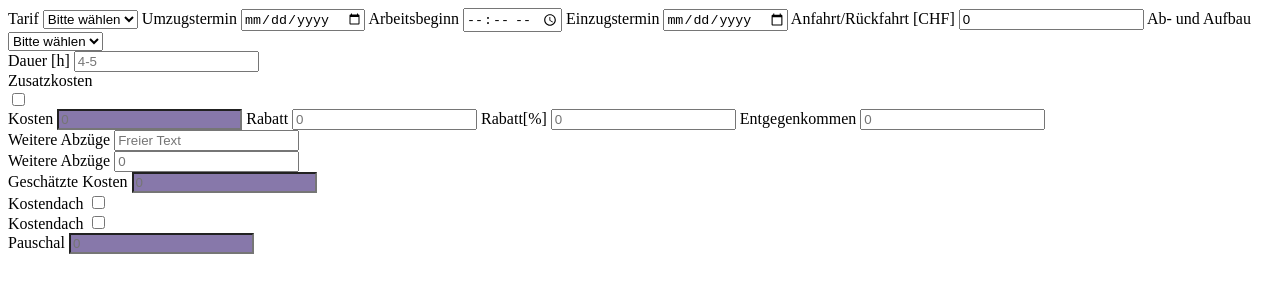
Repository: oguzhansade/SwissTransport
Page: resources/views/front/offer/offerUmzug2.blade.php
The author's editor kept a copy of each file at every save. The page is drawn from the files as they stood at one save, then again after the next save.
The browser window is 1280 px wide. The pictures show the whole page.
The page is served by the project's Laravel application, run on PHP 8.4 with Laravel 9. Other server files are loaded and not shown. The template is opened directly, without the code that normally fills it, so the values that code supplies are empty.

Above is the page before, as saved 2023-02-04 14:27:32.

### resources/views/front/offer/offerUmzug2.blade.php
<div class="row p-3">
    <div class="col-md-6">
        <label class=" col-form-label" for="l0">Tarif</label>
        <select class="form-control" class="umzugTariff2" name="umzugTariff" id="umzugTariff" >
            <option data-selection="bos" value>Bitte wählen</option>
            @foreach (\App\Models\Tariff::getList(1) as $key=>$value )
                <option data-selection="0" data-ma="{{ $value['ma'] }}" data-lkw="{{ $value['lkw'] }}" data-an="{{ $value['anhanger'] }}" data-chf ="{{ $value['chf'] }}" value="{{ $value['id'] }}">{{ $value['description'] }}</option>
            @endforeach
        </select>

        <div class="row umzug--tariffs--area umzug-tarif-area" style="display: none;">
            <div class="col">
                <label class=" col-form-label" for="l0">MA</label>
                <input class="form-control"  name="umzug1ma" placeholder="0"  type="number" >
            </div>
            <div class="col">
                <label class=" col-form-label" for="l0">LKW</label>
                <input class="form-control"  name="umzug1lkw" placeholder="0"  type="number" >
            </div>
            <div class="col">
                <label class=" col-form-label" for="l0">Anhänger</label>
                <input class="form-control"  name="umzug1anhanger" placeholder="0"  type="number" >
            </div>
            <div class="col">
                <label class=" col-form-label" for="l0">CHF-Ansatz</label>
                <input class="form-control" id="umzug1chf"  name="umzug1chf" placeholder="0"  type="number" value="0">
            </div>
        </div>

        <label class=" col-form-label" for="l0">Umzugstermin</label>
        <input class="form-control" class="date"  name="umzugausdate"  type="date" >

        <label class=" col-form-label" for="l0">Arbeitsbeginn</label>
        <input class="form-control" class="time"  name="umzug1time"  type="time" >

        <label class=" col-form-label" for="l0">Einzugstermin</label>
        <input class="form-control" class="date"  name="umzugeindate"  type="date" >

        <label class=" col-form-label" for="l0">Anfahrt/Rückfahrt [CHF]</label>
        <input class="form-control" class="date"  name="umzugroadChf"  type="number" value="0">

        <label class=" col-form-label" for="l0">Ab- und Aufbau</label>
        <select class="form-control" class="umzugMontaj" name="umzugMontaj" id="umzugMontaj" >
            <option value="1">Bitte wählen</option>
            <option value="2">Kunde</option>
            <option value="3">Firma</option>
        </select>
    </div>
    <div class="col-md-6">
        <label class="col-form-label" for="l0">Dauer [h]</label>
        <input class="form-control"  name="umzugHours" placeholder="4-5"  type="text" >

        <div class="extra-cost mt-1">
            <label for="" class="col-form-label">Zusatzkosten</label><br>
            <input type="checkbox" name="isExtra" id="isExtra" class="js-switch " data-color="#9c27b0" data-switchery="false" >
        </div>

        <div class="extra--cost--area" style="display: none;">

            <div class="form-group">
                <div class="row">
                    <div class="col-md-7">
                        <div class="checkbox checkbox-rounded checkbox-color-scheme">
                            <label class="checkbox">
                                <input type="checkbox" name="masraf"> <span class="label-text text-dark"><strong>Spesen</strong></span>
                            </label>
                        </div>
                    </div>
                    <div class="col-md-5">
                        <input class="form-control" name="extra1" type="number" value="10">
                    </div>
                </div>

                <div class="row">
                    <div class="col-md-7">
                        <div class="checkbox checkbox-rounded checkbox-color-scheme">
                            <label class="checkbox">
                                <input type="checkbox" name="masraf1"> <span class="label-text text-dark"><strong>Klavier 250.-</strong></span>
                            </label>
                        </div>
                    </div>
                    <div class="col-md-5">
                        <input class="form-control" name="extra2" type="number" value="250">
                    </div>
                </div>

                <div class="row">
                    <div class="col-md-7">
                        <div class="checkbox checkbox-rounded checkbox-color-scheme">
                            <label class="checkbox">
                                <input type="checkbox" name="masraf2"> <span class="label-text text-dark"><strong>Klavier 350.-</strong></span>
                            </label>
                        </div>
                    </div>
                    <div class="col-md-5">
                        <input class="form-control" name="extra3" type="number" value="350">
                    </div>
                </div>

                <div class="row">
                    <div class="col-md-7">
                        <div class="checkbox checkbox-rounded checkbox-color-scheme">
                            <label class="checkbox">
                                <input type="checkbox" name="masraf3"> <span class="label-text text-dark"><strong>Möbellift 0.-</strong></span>
                            </label>
                        </div>
                    </div>
                    <div class="col-md-5">
                        <input class="form-control" name="extra4" type="number" value="0">
                    </div>
                </div>

                <div class="row">
                    <div class="col-md-7">
                        <div class="checkbox checkbox-rounded checkbox-color-scheme">
                            <label class="checkbox">
                                <input type="checkbox" name="masraf4"> <span class="label-text text-dark"><strong>Möbellift 250.-</strong></span>
                            </label>
                        </div>
                    </div>
                    <div class="col-md-5">
                        <input class="form-control" name="extra5" type="number" value="250">
                    </div>
                </div>

                <div class="row">
                    <div class="col-md-7">
                        <div class="checkbox checkbox-rounded checkbox-color-scheme">
                            <label class="checkbox">
                                <input type="checkbox" name="masraf5"> <span class="label-text text-dark"><strong>Möbellift 350.-</strong></span>
                            </label>
                        </div>
                    </div>
                    <div class="col-md-5">
                        <input class="form-control" name="extra6" type="number" value="350">
                    </div>
                </div>

                <div class="row">
                    <div class="col-md-7">
                        <div class="checkbox checkbox-rounded checkbox-color-scheme">
                            <label class="checkbox">
                                <input type="checkbox" name="masraf6"> <span class="label-text text-dark"><strong>Schwergutzuschlag 150.-</strong></span>
                            </label>
                        </div>
                    </div>
                    <div class="col-md-5">
                        <input class="form-control" name="extra7" type="number" value="150">
                    </div>
                </div>

                <div class="row">
                    <div class="col-md-7">
                        <div class="checkbox checkbox-rounded checkbox-color-scheme">
                            <label class="checkbox">
                                <input type="checkbox" name="masraf7"> <span class="label-text text-dark"><strong>Schwergutzuschlag 250.-</strong></span>
                            </label>
                        </div>
                    </div>
                    <div class="col-md-5">
                        <input class="form-control" name="extra8" type="number" value="250">
                    </div>
                </div>

                <div class="row">
                    <div class="col-md-7">
                        <div class="checkbox checkbox-rounded checkbox-color-scheme">
                            <label class="checkbox">
                                <input type="checkbox" name="masraf8"> <span class="label-text text-dark"><strong>Tresor 350.-</strong></span>
                            </label>
                        </div>
                    </div>
                    <div class="col-md-5">
                        <input class="form-control" name="extra9" type="number" value="350">
                    </div>
                </div>

                <div class="row">
                    <div class="col-md-7">
                        <div class="checkbox checkbox-rounded checkbox-color-scheme">
                            <label class="checkbox">
                                <input type="checkbox" name="masraf9"> <span class="label-text text-dark"><strong>Tresor 450.-</strong></span>
                            </label>
                        </div>
                    </div>
                    <div class="col-md-5">
                        <input class="form-control" name="extra10" type="number" value="450">
                    </div>
                </div>

                <div class="row">
                    <div class="col-md-7">
                        <div class="checkbox checkbox-rounded checkbox-color-scheme">
                            <label class="checkbox">
                                <input type="checkbox" name="masraf10"> <span class="label-text text-dark"><strong>Wasserbett</strong></span>
                            </label>
                        </div>
                    </div>
                    <div class="col-md-5">
                        <input class="form-control" name="extra11" type="number" value="500">
                    </div>
                </div>

                <div class="row ">
                    <div class="col-md-7">
                        <input class="form-control"  name="extra12CostText" placeholder="Freier Text"  type="text" >
                    </div>
                    <div class="col-md-5">
                        <input class="form-control"  name="extra12Cost" placeholder="0"  type="number" value="0">
                    </div>
                </div>

                <div class="row mt-3">
                    <div class="col-md-7">
                        <input class="form-control"  name="extra13CostText" placeholder="Freier Text"  type="text" >
                    </div>
                    <div class="col-md-5">
                        <input class="form-control"  name="extra13Cost" placeholder="0"  type="number" value="0">
                    </div>
                </div>
            </div>
        </div>

        <label class="col-form-label mt-1 " for="l0">Kosten</label>
        <input class="form-control" id="umzugCost"  name="umzugCost" placeholder="0"  type="text" style="background-color: #8778aa;color:white;">

        <label class="col-form-label" for="l0">Rabatt</label>
        <input class="form-control"  name="umzugDiscount" placeholder="0"  type="number" >

        <label class="col-form-label" for="l0">Rabatt[%]</label>
        <input class="form-control"  name="umzugDiscountPercent" placeholder="0"  type="number" >

        <label class="col-form-label" for="l0">Entgegenkommen</label>
        <input class="form-control"  name="umzugCompromiser" placeholder="0"  type="number" >

        <div class="row ">
            <div class="col-md-7">
                <label class="col-form-label" for="l0">Weitere Abzüge</label>
                <input class="form-control"  name="umzugExtraDiscountText" placeholder="Freier Text"  type="text" >
            </div>
            <div class="col-md-5">
                <label class="col-form-label" for="l0">Weitere Abzüge</label>
                <input class="form-control"  name="umzugExtraDiscount" placeholder="0"  type="number" >
            </div>
        </div>

        <label class="col-form-label" for="l0">Geschätzte Kosten</label>
        <input class="form-control"  name="umzugTotalPrice" placeholder="0"  type="text" style="background-color: #8778aa;color:white;">

        <div class="mt-2 isKostendach">
            <label class="col-form-label" for="l0">Kostendach</label>
            <input type="checkbox"  name="isKostendach" id="isKostendach" class="js-switch mt-1" data-color="#9c27b0" data-size="small" data-switchery="false" >
        </div>

        <div class="kostendach-area" style="display: none;">
            <input class="form-control"  name="umzugTopPrice" placeholder="0"  type="number" style="background-color: #8778aa;color:white;">

            <div class="mt-2">
                <small class=" text-primary">manuell gesetzt</small>
                <input type="checkbox" name="isUmzugMTPrice" id="isUmzugMTPrice" class="js-switch mt-1" data-color="#9c27b0" data-size="small" data-switchery="false" >
            </div>
        </div>

        <div class="mt-2 isPauschal">
            <label class="col-form-label" for="l0">Kostendach</label>
            <input type="checkbox"  name="isPauschal" id="isPauschal" class="js-switch mt-1" data-color="#9c27b0" data-size="small" data-switchery="false" >
        </div>

        <label class="col-form-label" for="l0">Pauschal</label>
        <input class="form-control"  name="umzugDefaultPrice" placeholder="0"  type="number" style="background-color: #8778aa;color:white;">
    </div>
</div>

@section('offerFooter1')
{{-- Tarife Fiyatları --}}
<script>
    $("select[name=umzugTariff]").on("change",function () {
        let chf = $(this).find(":selected").data("chf");
        let ma = $(this).find(":selected").data("ma");
        let lkw = $(this).find(":selected").data("lkw");
        let anhanger = $(this).find(":selected").data("an");
        let control = $(this).find(":selected").data('selection');
        let spesen = $("input[name=extra1]").val();
        if (control != 'bos')
        {
        $('.umzug-tarif-area').show(300)

        }
        else
        {
        $('input[name=umzug1chf]').val(0);
        $('input[name=umzug1ma]').val(0);
        $('input[name=umzug1lkw]').val(0);
        $('input[name=umzug1anhanger]').val(0);
        $('.umzug-tarif-area').hide(300)
        }

        $('input[name=umzug1chf]').val(chf);
        $('input[name=umzug1ma]').val(ma);
        $('input[name=umzug1lkw]').val(lkw);
        $('input[name=umzug1anhanger]').val(anhanger);
        spesen = ma * 20;
        $("input[name=extra1]").val(spesen);
    })
    var isKostendachbutton = $("div.isKostendach");
    isKostendachbutton.click(function(){
        if($(this).hasClass("checkbox-checked"))
        {
            $(".kostendach-area").show(700);
        }
        else{
            $(".kostendach-area").hide(500);
        }
    })


</script>
{{-- İlave ücret Aç/kapa --}}
<script>
    var extracostbutton = $("div.extra-cost");
    extracostbutton.click(function(){
        if($(this).hasClass("checkbox-checked"))
        {
            $(".extra--cost--area").show(700);
        }
        else{
            $(".extra--cost--area").hide(500);
        }
    })
</script>
<script>
    $(document).ready(function(){
        umzugCost = 0;
        var umzugTotalPrice = 0;
        var umzugTopPrice = 0;
        var umzugDefaultPrice = 0;

        $('input[name=umzugCost]').on('click',function () {
            if ($('input[name=masraf]').is(":checked")){
               var extra1 = parseFloat($('input[name=extra1]').val());
            }
            else {
                extra1 = 0;
            }
            if ($('input[name=masraf1]').is(":checked")){
               var extra2 = parseFloat($('input[name=extra2]').val());
            }
            else {
                extra2 = 0;
            }
            if ($('input[name=masraf2]').is(":checked")){
                var extra3 = parseFloat($('input[name=extra3]').val());
            }
            else {
                extra3 = 0;
            }
            if ($('input[name=masraf3]').is(":checked")){
                var extra4 = parseFloat($('input[name=extra4]').val());
            }
            else {
                extra4 = 0;
            }
            if ($('input[name=masraf4]').is(":checked")){
                var extra5 = parseFloat($('input[name=extra5]').val());
            }
            else {
                extra5 = 0;
            }
            if ($('input[name=masraf5]').is(":checked")){
                var extra6 = parseFloat($('input[name=extra6]').val());
            }
            else {
                extra6 = 0;
            }
            if ($('input[name=masraf6]').is(":checked")){
                var extra7 = parseFloat($('input[name=extra7]').val());
            }
            else {
                extra7 = 0;
            }
            if ($('input[name=masraf7]').is(":checked")){
                var extra8 = parseFloat($('input[name=extra8]').val());
            }
            else {
                extra8 = 0;
            }
            if ($('input[name=masraf8]').is(":checked")){
                var extra9 = parseFloat($('input[name=extra9]').val());
            }
            else {
                extra9 = 0;
            }
            if ($('input[name=masraf9]').is(":checked")){
                var extra10 = parseFloat($('input[name=extra10]').val());
            }
            else {
                extra10 = 0;
            }
            if ($('input[name=masraf10]').is(":checked")){
                var extra11 = parseFloat($('input[name=extra11]').val());
            }
            else {
                extra11 = 0;
            }

            var extra12Cost = parseFloat($('input[name=extra12Cost]').val());
            var extra13Cost = parseFloat($('input[name=extra13Cost]').val());
            var umzugTotalChf = parseFloat($('input[name=umzugroadChf]').val());

            var chf = $('input[name=umzug1chf]').val();
            var Hours = $('input[name=umzugHours]').val();
            let allHours = Hours.split("-");

            let leftHour = parseFloat(allHours[0]);
            let rightHour = parseFloat(allHours[1]);

            umzugCostLeft = chf * leftHour + extra1+extra2+extra3+extra4+extra5+extra6+extra7+extra8+extra9+extra10+extra11+extra12Cost+extra13Cost+umzugTotalChf;
            umzugCostRight = chf * rightHour + extra1+extra2+extra3+extra4+extra5+extra6+extra7+extra8+extra9+extra10+extra11+extra12Cost+extra13Cost+umzugTotalChf;

            if(rightHour){
                $('input[name=umzugCost]').val(umzugCostRight)
            }
            if(leftHour){
                $('input[name=umzugCost]').val(umzugCostLeft)
            }
            if(leftHour && rightHour ){
                $('input[name=umzugCost]').val(umzugCostLeft+'-'+umzugCostRight)
            }
            if(leftHour == null && rightHour == null)
            {
                $('input[name=umzugCost]').val('')
            }



        })
        $('input[name=umzugTotalPrice]').on('click',function () {
            var chf = $('input[name=umzug1chf]').val();
            var Hours = $('input[name=umzugHours]').val();
            let allHours = Hours.split("-");

            let leftHour = parseFloat(allHours[0]);
            let rightHour = parseFloat(allHours[1]);
            var discount = $('input[name=umzugDiscount]').val();
            var discountPercent = $('input[name=umzugDiscountPercent]').val();
            var compromiser = $('input[name=umzugCompromiser]').val();
            var extraDiscount = $('input[name=umzugExtraDiscount]').val();

            umzugTotalPriceLeft = umzugCostLeft - discount - (umzugCostLeft*discountPercent/100) - compromiser - extraDiscount;
            umzugTotalPriceRight = umzugCostRight - discount - (umzugCostLeft*discountPercent/100) - compromiser - extraDiscount;

            if(rightHour){
                $('input[name=umzugTotalPrice]').val(umzugTotalPriceRight)
            }
            if(leftHour){
                $('input[name=umzugTotalPrice]').val(umzugTotalPriceLeft)
            }
            if(leftHour && rightHour ){
                $('input[name=umzugTotalPrice]').val(umzugTotalPriceLeft+'-'+umzugTotalPriceRight)
            }
            if(leftHour == null && rightHour == null)
            {
                $('input[name=umzugTotalPrice]').val('')
            }
        })

        $('input[name=umzugTopPrice]').on('click',function(){

            var chf = $('input[name=umzug1chf]').val();
            var Hours = $('input[name=umzugHours]').val();
            let umzugTotalPrices = $('input[name=umzugTotalPrice]').val();
            umzugTotalPricesARR = umzugTotalPrices.split("-");
            let umzugTotalPrice = 0;

            leftTotal = parseFloat(umzugTotalPricesARR[0]);
            rightTotal = parseFloat(umzugTotalPricesARR[1]);

            if(leftTotal >= rightTotal)
            {
                umzugTotalPrice = leftTotal;
            }
            else if(rightTotal >= leftTotal)
            {
                umzugTotalPrice = rightTotal;
            }
            else{
                umzugTotalPrice = parseFloat($('input[name=umzugTotalPrice]').val());
            }

            if($('input[name=isUmzugMTPrice]').is(":checked"))
            {
                $('input[name=umzugTopPrice]').val();
            }
            else{
                umzugTopPrice = umzugTotalPrice + parseFloat(chf);
                $('input[name=umzugTopPrice]').val(umzugTopPrice);
            }

            if($('input[name=isKostendach]').is(":checked"))
            {
                $('input[name=umzugTopPrice]').val();
            }
            else{
                umzugTopPrice = umzugTotalPrice + parseFloat(chf);
                $('input[name=umzugTopPrice]').val(umzugTopPrice);
            }

            umzugDefaultPrice = umzugTotalPrice + parseFloat(chf);
            $('input[name=umzugDefaultPrice]').val(umzugDefaultPrice);
        })

    })
</script>

@endsection

Loaded but not shown: app/Http/Controllers/Auth/ConfirmPasswordController.php (common file); app/Http/Controllers/Controller.php (common file); app/Models/Tariff.php (30 lines, source omitted); routes/web.php (241 lines, source omitted)

After the next save:
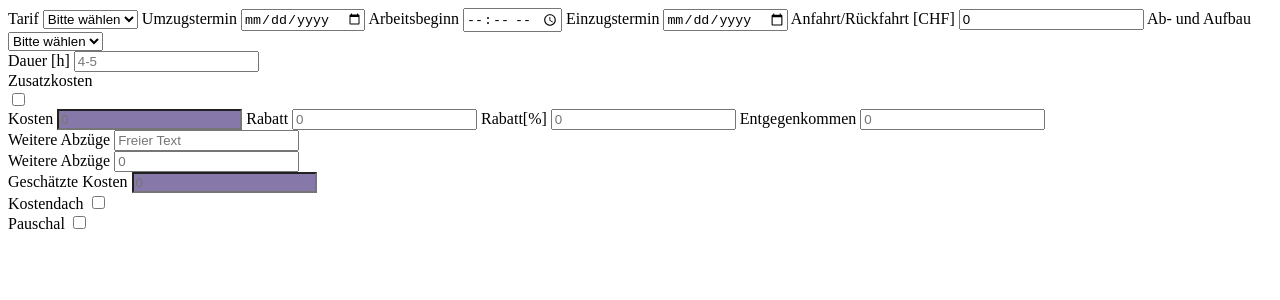
Saved 34 s later.
--- a/resources/views/front/offer/offerUmzug2.blade.php
+++ b/resources/views/front/offer/offerUmzug2.blade.php
@@ -262,12 +262,13 @@
         </div>
 
         <div class="mt-2 isPauschal">
-            <label class="col-form-label" for="l0">Kostendach</label>
+            <label class="col-form-label" for="l0">Pauschal</label>
             <input type="checkbox"  name="isPauschal" id="isPauschal" class="js-switch mt-1" data-color="#9c27b0" data-size="small" data-switchery="false" >
         </div>
 
-        <label class="col-form-label" for="l0">Pauschal</label>
-        <input class="form-control"  name="umzugDefaultPrice" placeholder="0"  type="number" style="background-color: #8778aa;color:white;">
+        <div class="pauschal-area" style="display: none;">
+            <input class="form-control"  name="umzugDefaultPrice" placeholder="0"  type="number" style="background-color: #8778aa;color:white;">
+        <div>
     </div>
 </div>
 
